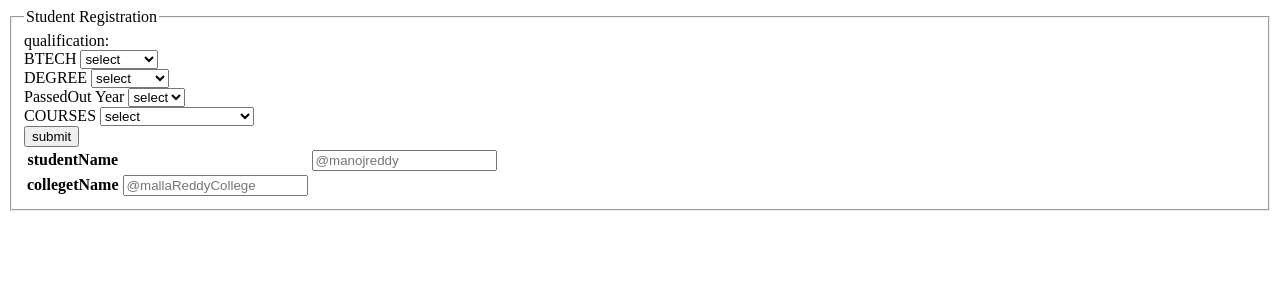
Repository: JanapatlaManojReddy/java
Page: http://localhost/institutionProject/StudentRegistration.jsp
These files come from the project's save history. The page is drawn as it stood at one moment and after the next save; the edit follows.
The browser window is 1280 px wide. The pictures show the whole page.
The page is served by Tomcat 9.

Above is the page before, as saved 2023-08-19 12:53:05.

After the next save:
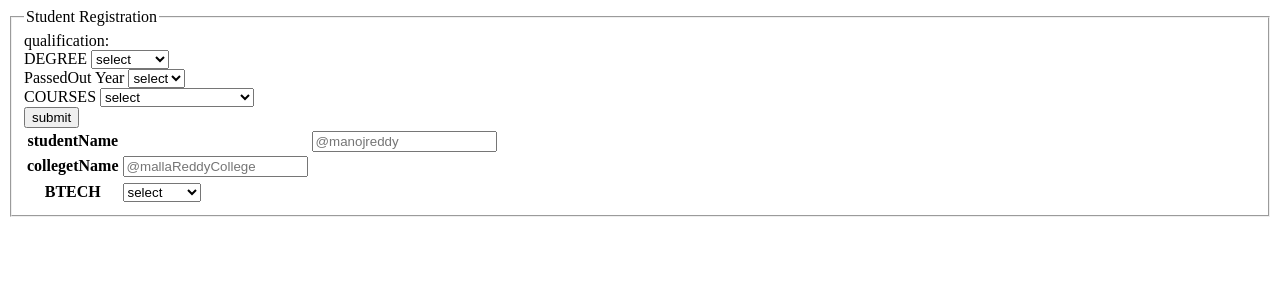
Saved 118 s later.
--- a/institutionProject/src/main/webapp/StudentRegistration.jsp
+++ b/institutionProject/src/main/webapp/StudentRegistration.jsp
@@ -31,11 +31,15 @@
 </td>
 
 </tr>
-<div>
+
+<tr>
 <lable >qualification:</lable>
-</div>
-<div>
-<lable for="stream">BTECH</lable>
+</tr>
+
+<tr>
+<th>
+<lable for="stream">BTECH</lable></th>
+<td>
 <select id ="stream" name="stream" >
 <option value="select" selected>select</option>
 <option value ="EEE">EEE</option>
@@ -45,7 +49,8 @@
 <option value ="MECH">MECH</option>
 <option value ="OTHERS">OTHERS</option>
 </select>
-</div>
+</td>
+</tr>
 <div>
 <lable for="stream">DEGREE</lable>
 <select id ="stream" name="stream" >
